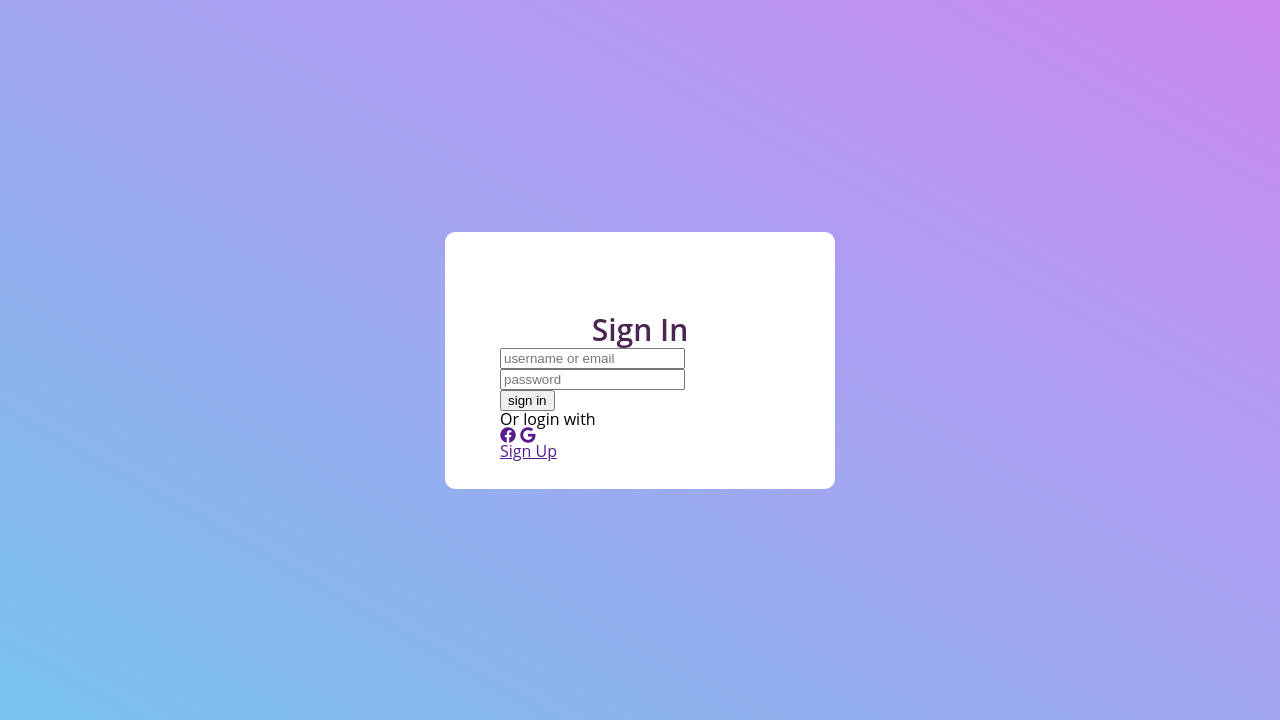
Repository: letrongtinh27/LapTrinhWeb
Page: signin/index.html
An editor plug-in stored every save of this project. The page is shown before and after the next save, followed by the edit.
The browser window is 1280 px wide. The pictures show the whole page.

Above is the page before, as saved 2022-10-09 20:38:04.

After the next save:
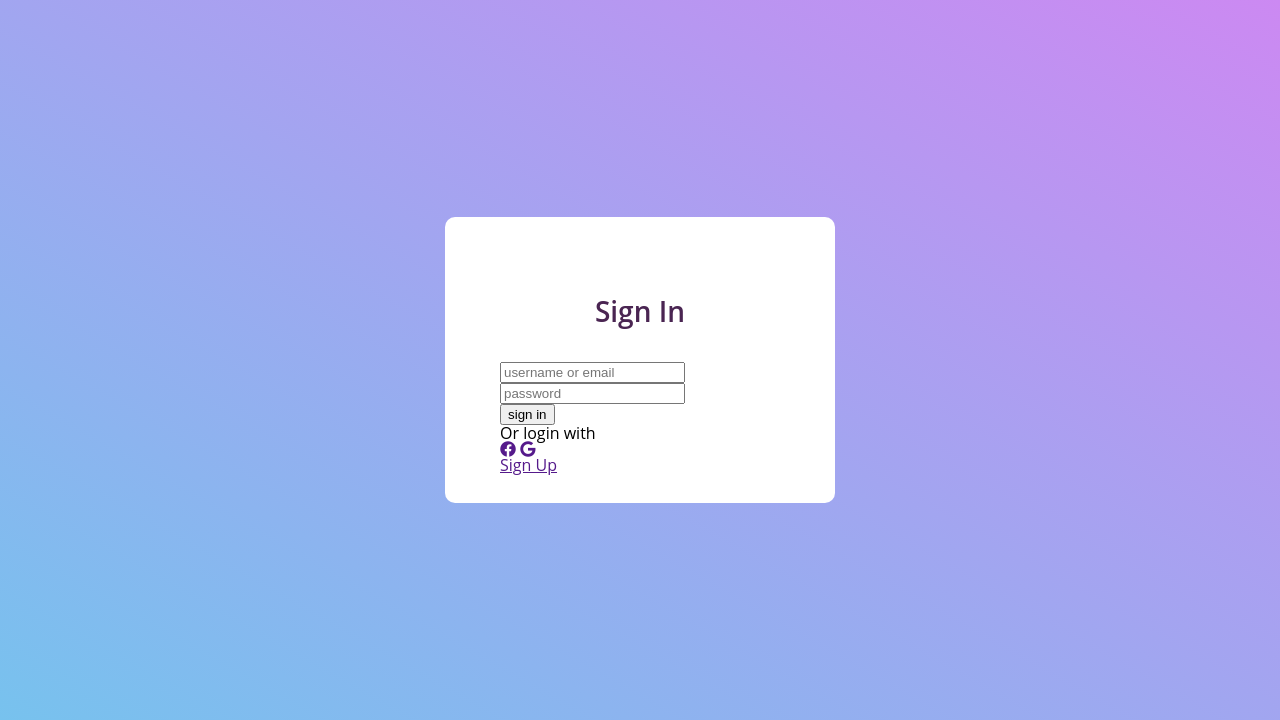
Saved 16 s later.
--- a/signin/style.css
+++ b/signin/style.css
@@ -24,11 +24,11 @@ body {
 
 }
 .title{
-    font-size: 30px;
+    font-size: 28px;
     font-weight: 600;
     text-align: center;
     color: #4a2552;
-    line-height: 36px;
+    padding-bottom: 37px;
 }
 .form-group{
 
